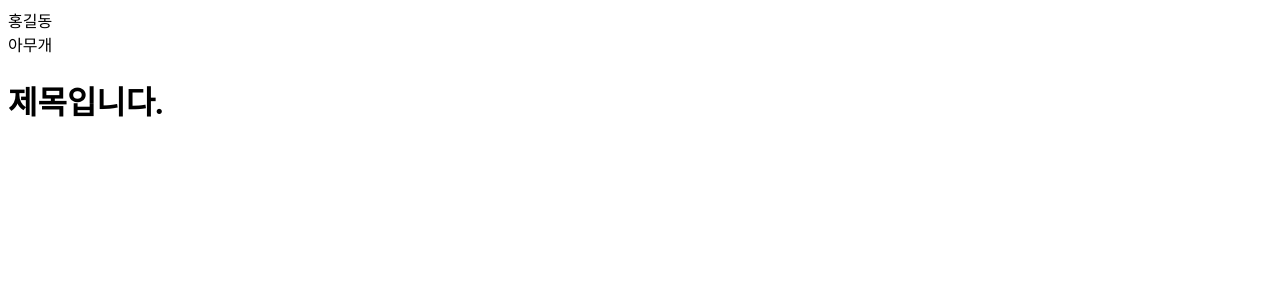
Repository: HongTaeHun337/HTML-CSS-JavaScript-
Page: html/HtmlTest/src/main/webapp/ex03.html
An editor plug-in stored every save of this project. The page is shown before and after the next save, followed by the edit.
The browser window is 1280 px wide. The pictures show the whole page.

Above is the page before, as saved 2026-02-12 05:23:26.

### html/HtmlTest/src/main/webapp/ex03.html
<!DOCTYPE html>
<html>
<head>
<meta charset="UTF-8">
<title>Insert title here</title>
</head>
<body>
	<!-- ex03.html -->
	<!--

		HTML 수업 = XML 수업 > ML 언어


		HTML 구성 요소

		1. 태그(Tag), 요소(Element)
		2. 특성(Attribute)
		3. 텍스트(PCDATA)
		4. 주석(Comment)
		--------------------------
		5. 선언문(Declaration)
		6. 엔티티(Entity)
		7. 외부 요소
		8. 등등..


		1. 태그(Tag), 요소(Element)
		- 명령어를 <>로 묶어 놓은 요소
		- HTML 문서에서 골격(뼈대)을 만드는 역할(레이아웃 생성) a
		- 데이터를 화면에 출력하는 역할 b

	 -->

	 <div>홍길동</div>
	 <div>아무개</div>

	 <h1>제목입니다.</h1>


</body>
</html>

After the next save:
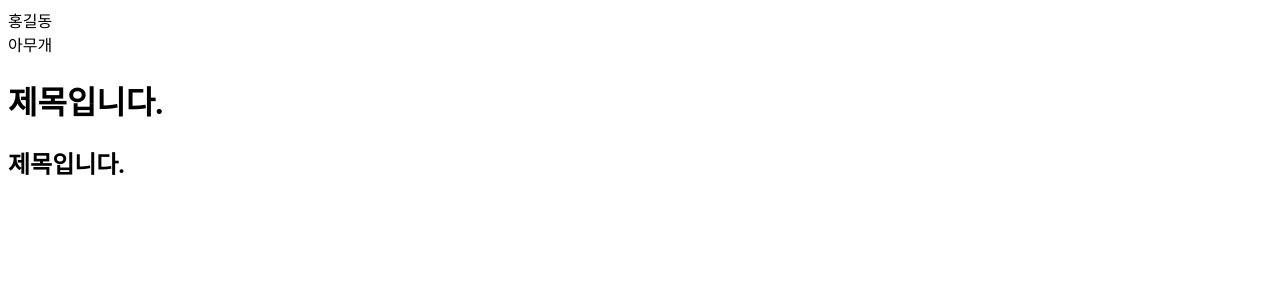
Saved 27 s later.
--- a/html/HtmlTest/src/main/webapp/ex03.html
+++ b/html/HtmlTest/src/main/webapp/ex03.html
@@ -35,7 +35,7 @@
 	 <div>아무개</div>
 
 	 <h1>제목입니다.</h1>
-
+	 <h2>제목입니다.</h2>
 
 </body>
 </html>
